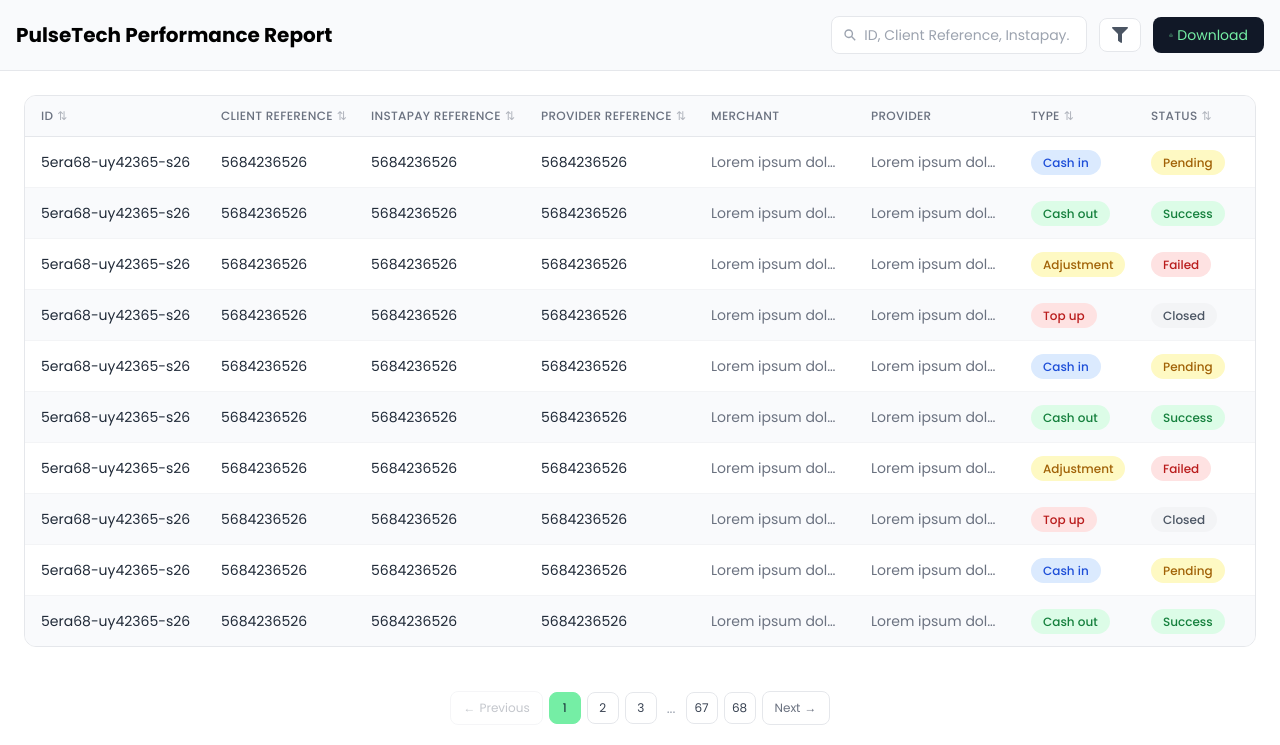
Repository: ShyrineJardin/pulse_admin
Page: /dashboard
An editor plug-in stored every save of this project. The page is shown before and after the next save, followed by the edit.
The browser window is 1280 px wide. The pictures show the whole page.
The project was rebuilt for these pictures with package versions that can differ from the ones it lists, and the page was loaded fresh each time. Also part of the build but not shown: src/components/Login.jsx.

Above is the page before, as saved 2026-03-26 16:02:55.

### src/index.css
@import url('https://fonts.googleapis.com/css2?family=Inter:ital,opsz,wght@0,14..32,100..900;1,14..32,100..900&family=Poppins:ital,wght@0,100;0,200;0,300;0,400;0,500;0,600;0,700;0,800;0,900;1,100;1,200;1,300;1,400;1,500;1,600;1,700;1,800;1,900&display=swap');

@tailwind base;
@tailwind components;
@tailwind utilities;

*{
    margin: 0;
    padding: 0;
    box-sizing: border-box;
}

body {
    font-family: poppins, sans-serif;
}

### src/App.js
import { BrowserRouter, Routes, Route } from "react-router-dom";
import Login from "./components/Login";
import Dashboard from "./components/Dashboard";

function App() {
  return (
    <BrowserRouter>
      <Routes>
        <Route path="/" element={<Login />} />
        <Route path="/dashboard" element={<Dashboard />} />
      </Routes>
    </BrowserRouter>
  );
}

export default App;

### src/components/Dashboard.jsx
import { useState, useMemo, useRef, useEffect } from "react";
import { IoSearchSharp, IoClose } from "react-icons/io5";
import { FiDownload } from "react-icons/fi";
import { FaFilter } from "react-icons/fa";
import { RiSparkling2Fill } from "react-icons/ri";
import { LuCalendar } from "react-icons/lu";
import { TbReload } from "react-icons/tb";
import { BsThreeDotsVertical } from "react-icons/bs";

const TYPES = ["Cash in", "Cash out", "Adjustment", "Top up"];
const STATUSES = ["Pending", "Success", "Failed", "Closed"];

const TYPE_STYLES = {
  "Cash in":    "bg-blue-100 text-blue-700",
  "Cash out":   "bg-green-100 text-green-700",
  "Adjustment": "bg-yellow-100 text-yellow-700",
  "Top up":     "bg-red-100 text-red-700",
};

const STATUS_STYLES = {
  "Pending": "bg-yellow-100 text-yellow-700",
  "Success": "bg-green-100 text-green-700",
  "Failed":  "bg-red-100 text-red-700",
  "Closed":  "bg-gray-100 text-gray-600",
};

const generateData = (count = 680) =>
  Array.from({ length: count }, (_, i) => ({
    id: "5era68-uy42365-s26",
    clientRef: "5684236526",
    instapayRef: "5684236526",
    providerRef: "5684236526",
    merchant: "Lorem ipsum dolor sit amet",
    provider: "Lorem ipsum dolor sit amet",
    type: TYPES[i % TYPES.length],
    status: STATUSES[i % STATUSES.length],
    amount: "₱ 790.00",
    fees: "₱ 10.00",
    error: "N/A",
    paidDate: "01/09/2026",
    createdDate: "01/09/2026",
  }));

const ALL_DATA = generateData();
const PER_PAGE = 10;

// ── Filter Modal ──────────────────────────────────────────────
function FilterModal({ onClose, onApply }) {
  const [startDate, setStartDate] = useState("02/18/2026");
  const [endDate, setEndDate] = useState("");
  const [merchant, setMerchant] = useState("All Merchant");
  const [provider, setProvider] = useState("All Provider");
  const [method, setMethod] = useState("");
  const [type, setType] = useState("");
  const [status, setStatus] = useState("");

  const handleReset = () => {
    setStartDate(""); setEndDate("");
    setMerchant("All Merchant"); setProvider("All Provider");
    setMethod(""); setType(""); setStatus("");
  };

  return (
    <div className="fixed inset-0 z-50 flex items-center justify-center bg-black/60" onClick={onClose}>
      <div className="bg-white rounded-2xl w-full max-w-md mx-4 shadow-2xl" onClick={(e) => e.stopPropagation()}>
        <div className="flex items-center justify-between px-6 py-4 bg-[#F9FAFC] rounded-t-2xl border-b border-gray-200">
          <div className="flex items-center gap-2">
            <RiSparkling2Fill className="text-yellow-400 text-lg" />
            <h2 className="text-lg font-bold text-gray-900">Filters</h2>
          </div>
          <button onClick={onClose} className="text-gray-400 hover:text-gray-700">
            <IoClose className="text-xl" />
          </button>
        </div>

        <div className="px-6 py-5 space-y-5">
          {/* Dates */}
          <div className="grid grid-cols-2 gap-4">
            {[
              { label: "Start Date", value: startDate, setter: setStartDate },
              { label: "End Date",   value: endDate,   setter: setEndDate   },
            ].map(({ label, value, setter }) => (
              <div key={label} className="relative mt-2">
                <label className="absolute -top-2.5 left-3 bg-white px-1 text-xs text-gray-400 z-10">{label}</label>
                <div className="flex items-center border border-gray-300 rounded-xl px-3 py-2.5 gap-2">
                  <input type="text" value={value} onChange={(e) => setter(e.target.value)} placeholder="MM/DD/YYYY"
                    className="text-sm text-gray-700 outline-none w-full bg-transparent placeholder:text-gray-300" />
                  <LuCalendar className="text-gray-500 text-base flex-shrink-0" />
                </div>
              </div>
            ))}
          </div>

          {/* Merchant & Provider */}
          <div className="grid grid-cols-2 gap-4">
            {[
              { label: "Merchant", value: merchant, setter: setMerchant, options: ["All Merchant","Merchant A","Merchant B"] },
              { label: "Provider", value: provider, setter: setProvider, options: ["All Provider","Provider A","Provider B"] },
            ].map(({ label, value, setter, options }) => (
              <div key={label}>
                <label className="block text-sm font-bold text-gray-800 mb-2">{label}</label>
                <div className="relative">
                  <select value={value} onChange={(e) => setter(e.target.value)}
                    className="w-full appearance-none border border-gray-300 rounded-xl px-3 py-2.5 text-sm text-gray-700 outline-none bg-white cursor-pointer pr-8">
                    {options.map((o) => <option key={o}>{o}</option>)}
                  </select>
                  <span className="pointer-events-none absolute right-3 top-1/2 -translate-y-1/2 text-gray-500 text-xs">▼</span>
                </div>
              </div>
            ))}
          </div>

          {/* Method & Type */}
          <div className="grid grid-cols-2 gap-4">
            {[
              { label: "Method", value: method, setter: setMethod, placeholder: "Select Merchant", options: ["Online","Offline"] },
              { label: "Type",   value: type,   setter: setType,   placeholder: "Select Type",     options: TYPES },
            ].map(({ label, value, setter, placeholder, options }) => (
              <div key={label}>
                <label className="block text-sm font-bold text-gray-800 mb-2">{label}</label>
                <div className="relative">
                  <select value={value} onChange={(e) => setter(e.target.value)}
                    className="w-full appearance-none border border-gray-300 rounded-xl px-3 py-2.5 text-sm text-gray-700 outline-none bg-white cursor-pointer pr-8">
                    <option value="">{placeholder}</option>
                    {options.map((o) => <option key={o}>{o}</option>)}
                  </select>
                  <span className="pointer-events-none absolute right-3 top-1/2 -translate-y-1/2 text-gray-500 text-xs">▼</span>
                </div>
              </div>
            ))}
          </div>

          {/* Status */}
          <div>
            <label className="block text-sm font-bold text-gray-800 mb-2">Status</label>
            <div className="relative flex items-center border border-gray-300 rounded-xl px-3 py-2.5 gap-2">
              <TbReload className="text-gray-500 text-base flex-shrink-0" />
              <select value={status} onChange={(e) => setStatus(e.target.value)}
                className="w-full appearance-none text-sm text-gray-700 outline-none bg-transparent cursor-pointer pr-6">
                <option value="">Select Status</option>
                {STATUSES.map((s) => <option key={s}>{s}</option>)}
              </select>
              <span className="pointer-events-none absolute right-3 top-1/2 -translate-y-1/2 text-gray-500 text-xs">▼</span>
            </div>
          </div>
        </div>

        <div className="flex items-center gap-3 px-6 py-4 border-t border-gray-200">
          <button onClick={handleReset}
            className="flex-1 py-3 rounded-xl border border-primary text-primary text-sm font-medium hover:bg-green-50 transition-colors">
            Reset
          </button>
          <button onClick={() => { onApply({}); onClose(); }}
            className="flex-1 py-3 rounded-xl bg-gray-900 text-primary text-sm font-medium hover:bg-gray-800 transition-colors">
            Apply
          </button>
        </div>
      </div>
    </div>
  );
}

// ── Mobile Row Card ───────────────────────────────────────────
function MobileCard({ row, i }) {
  const [expanded, setExpanded] = useState(false);
  const [menuOpen, setMenuOpen] = useState(false);
  const menuRef = useRef(null);

  useEffect(() => {
    const handler = (e) => { if (menuRef.current && !menuRef.current.contains(e.target)) setMenuOpen(false); };
    document.addEventListener("mousedown", handler);
    return () => document.removeEventListener("mousedown", handler);
  }, []);

  const rowBg = i % 2 === 0 ? "bg-white" : "bg-[#F9FAFC]";

  const Field = ({ label, children }) => (
    <div className={`flex items-center justify-between py-3 px-4 border-b border-gray-100 ${rowBg}`}>
      <span className="text-xs font-semibold text-gray-500 tracking-wide uppercase w-36 flex-shrink-0">{label}</span>
      <span className="text-sm text-gray-800 text-right">{children}</span>
    </div>
  );

  return (
    <div className={`rounded-2xl border-2 border border-border overflow-hidden mb-3`}>
      {/* Card Header */}
      <div className={`flex items-center justify-between px-4 py-3 ${rowBg} border-b border-gray-100`}>
        <div className="flex items-center gap-2">
          <span className="text-xs font-semibold text-gray-500 uppercase tracking-wide">ID</span>
          <span className="text-sm font-semibold text-gray-800">{row.id}</span>
        </div>
        <div className="relative" ref={menuRef}>
          <button onClick={() => setMenuOpen((v) => !v)} className="p-1 rounded-md hover:bg-gray-100">
            <BsThreeDotsVertical className="text-gray-500" />
          </button>
          {menuOpen && (
            <div className="absolute right-0 top-8 z-20 bg-white rounded-xl shadow-lg border border-gray-100 overflow-hidden w-44">
              <button className="w-full text-left px-4 py-2.5 text-sm text-gray-700 hover:bg-gray-50">Details</button>
              <button className="w-full text-left px-4 py-2.5 text-sm text-white bg-primary hover:bg-dark-primary">Resend Webhook</button>
            </div>
          )}
        </div>
      </div>

      {/* Always-visible fields */}
      <Field label="Client Reference">{row.clientRef}</Field>
      <Field label="Instapay Reference">{row.instapayRef}</Field>
      <Field label="Provider Reference">{row.providerRef}</Field>
      <Field label="Merchant"><span className="truncate max-w-[160px] block">{row.merchant}</span></Field>
      <Field label="Provider"><span className="truncate max-w-[160px] block">{row.provider}</span></Field>
      <Field label="Type">
        <span className={`px-3 py-1 rounded-full text-xs font-medium ${TYPE_STYLES[row.type]}`}>{row.type}</span>
      </Field>
      <Field label="Status">
        <span className={`px-3 py-1 rounded-full text-xs font-medium ${STATUS_STYLES[row.status]}`}>{row.status}</span>
      </Field>
      <Field label="Amount">{row.amount}</Field>

      {/* Expandable fields */}
      {expanded && (
        <>
          <Field label="Fees">{row.fees}</Field>
          <Field label="Error">{row.error}</Field>
          <Field label="Paid Date">{row.paidDate}</Field>
          <Field label="Created Date">{row.createdDate}</Field>
        </>
      )}

      {/* Show More / Less */}
      <button
        onClick={() => setExpanded((v) => !v)}
        className={`w-full py-3 text-sm font-bold text-gray-800 text-center border-t border-gray-200 ${rowBg} hover:bg-gray-100 transition-colors`}
      >
        {expanded ? "Show Less" : "Show More"}
      </button>
    </div>
  );
}

// ── Main Dashboard ────────────────────────────────────────────
export default function Dashboard() {
  const [search, setSearch] = useState("");
  const [currentPage, setCurrentPage] = useState(1);
  const [sortCol, setSortCol] = useState(null);
  const [sortAsc, setSortAsc] = useState(true);
  const [showFilter, setShowFilter] = useState(false);

  const filtered = useMemo(() => {
    const q = search.toLowerCase();
    return ALL_DATA.filter((r) =>
      r.id.toLowerCase().includes(q) ||
      r.clientRef.includes(q) ||
      r.instapayRef.includes(q) ||
      r.type.toLowerCase().includes(q) ||
      r.status.toLowerCase().includes(q)
    );
  }, [search]);

  const totalPages = Math.ceil(filtered.length / PER_PAGE);

  const pageData = useMemo(() => {
    const start = (currentPage - 1) * PER_PAGE;
    return filtered.slice(start, start + PER_PAGE);
  }, [filtered, currentPage]);

  const handleSearch = (e) => { setSearch(e.target.value); setCurrentPage(1); };
  const handleSort = (col) => {
    if (sortCol === col) setSortAsc((p) => !p);
    else { setSortCol(col); setSortAsc(true); }
  };
  const goPage = (p) => { if (p >= 1 && p <= totalPages) setCurrentPage(p); };

  const getPaginationPages = () => {
    const pages = new Set([1, 2, 3, totalPages - 1, totalPages, currentPage - 1, currentPage, currentPage + 1]);
    return [...pages].filter((p) => p >= 1 && p <= totalPages).sort((a, b) => a - b);
  };

  const SortIcon = ({ col }) => (
    <span className="ml-1 opacity-50 text-xs">{sortCol === col ? (sortAsc ? "▲" : "▼") : "⇅"}</span>
  );

  const columns = [
    { label: "ID",                 col: "id",          className: "w-[180px] min-w-[180px]" },
    { label: "CLIENT REFERENCE",   col: "clientRef",   className: "w-[150px] min-w-[150px]" },
    { label: "INSTAPAY REFERENCE", col: "instapayRef", className: "w-[170px] min-w-[170px]" },
    { label: "PROVIDER REFERENCE", col: "providerRef", className: "w-[170px] min-w-[170px]" },
    { label: "MERCHANT",           col: null,          className: "w-[160px] min-w-[160px]" },
    { label: "PROVIDER",           col: null,          className: "w-[160px] min-w-[160px]" },
    { label: "TYPE",               col: "type",        className: "w-[120px] min-w-[120px]" },
    { label: "STATUS",             col: "status",      className: "w-[110px] min-w-[110px]" },
    { label: "AMOUNT",             col: null,          className: "w-[100px] min-w-[100px]" },
    { label: "FEES",               col: null,          className: "w-[80px]  min-w-[80px]"  },
    { label: "ERROR",              col: null,          className: "w-[80px]  min-w-[80px]"  },
    { label: "PAID DATE",          col: null,          className: "w-[110px] min-w-[110px]" },
    { label: "CREATED DATE",       col: null,          className: "w-[120px] min-w-[120px]" },
    { label: "ACTIONS",            col: null,          className: "w-[220px] min-w-[180px]" },
  ];

  const Pagination = () => (
    <div className="flex items-center justify-center gap-1.5 py-5 flex-wrap">
      <button onClick={() => goPage(currentPage - 1)} disabled={currentPage === 1}
        className="flex items-center gap-1 px-3 py-2 text-xs border border-gray-200 rounded-lg text-gray-500 hover:bg-primary hover:text-btn-text disabled:opacity-40 disabled:cursor-not-allowed">
        ← <span className="hidden sm:inline">Previous</span>
      </button>

      {getPaginationPages().reduce((acc, page, idx, arr) => {
        if (idx > 0 && page - arr[idx - 1] > 1)
          acc.push(<span key={`e-${page}`} className="px-1 text-gray-400 text-sm">...</span>);
        acc.push(
          <button key={page} onClick={() => goPage(page)}
            className={`w-8 h-8 text-xs rounded-lg border ${currentPage === page ? "bg-primary text-btn-text border-primary" : "border-gray-200 text-gray-700 hover:bg-gray-50"}`}>
            {page}
          </button>
        );
        return acc;
      }, [])}

      <button onClick={() => goPage(currentPage + 1)} disabled={currentPage === totalPages}
        className="flex items-center gap-1 px-3 py-2 text-xs border border-gray-200 rounded-lg text-gray-500 hover:bg-primary hover:text-btn-text disabled:opacity-40 disabled:cursor-not-allowed">
        <span className="hidden sm:inline">Next</span> →
      </button>
    </div>
  );

  return (
    <div className="min-h-screen bg-white">
      {showFilter && <FilterModal onClose={() => setShowFilter(false)} onApply={(f) => console.log(f)} />}

        {/* Header */}
      <div className="flex items-start md:items-center flex-col md:flex-row justify-between mb-6 bg-[#F9FAFC] w-full p-4 border-b border-gray-200">
        <h1 className="text-lg lg:text-xl font-bold">PulseTech Performance Report</h1>
        <div className="flex items-center gap-1.5 lg:gap-3">
          <div className="relative">
            <IoSearchSharp className="absolute left-3 top-1/2 -translate-y-1/2 text-gray-400 text-sm" />
            <input
              type="text"
              value={search}
              onChange={handleSearch}
              placeholder="ID, Client Reference, Instapay..."
              className="pl-8 pr-4 py-2 text-sm border border-gray-200 rounded-lg w-64 outline-none focus:border-gray-400"
            />
          </div>
          <button
            onClick={() => setShowFilter(true)}
            className="flex items-center gap-2 px-3 py-2 text-sm bg-white border border-gray-200 rounded-lg text-gray-600 hover:scale-105 transition-transform"
          >
            <FaFilter className="w-4 h-4" />
          </button>
          <button className="flex items-center gap-1 px-4 py-2 text-sm bg-gray-900 text-primary rounded-lg hover:bg-gray-800">
            <FiDownload className="text-primary w-4 h-4 md:w-1 md:h-1" />
            <span className="hidden md:block">Download</span>
          </button>
        </div>
      </div>

      {/* ── Mobile Cards (hidden on md+) ── */}
      <div className="block md:hidden px-4 pt-4">
        {pageData.map((row, i) => <MobileCard key={i} row={row} i={i} />)}
        <Pagination />
      </div>

      {/* ── Desktop Table (hidden on mobile) ── */}
      <div className="hidden md:block">
        <div className="m-6 border border-gray-200 rounded-xl overflow-auto">
          <table className="w-full text-sm table-fixed">
            <thead>
              <tr className="bg-[#F9FAFC] border-b border-gray-200">
                {columns.map(({ label, col, className }) => (
                  <th key={label} onClick={() => col && handleSort(col)}
                    className={`px-4 py-3 text-left text-xs font-medium text-gray-500 tracking-wide whitespace-nowrap ${col ? "cursor-pointer hover:text-gray-800" : ""} ${className}`}>
                    {label}{col && <SortIcon col={col} />}
                  </th>
                ))}
              </tr>
            </thead>
            <tbody>
              {pageData.map((row, i) => (
                <tr key={i} className={`border-b border-gray-100 last:border-none ${i % 2 === 0 ? "bg-white" : "bg-[#F9FAFC]"}`}>
                  <td className="px-4 py-3 text-gray-800 whitespace-nowrap">{row.id}</td>
                  <td className="px-4 py-3 text-gray-800 whitespace-nowrap">{row.clientRef}</td>
                  <td className="px-4 py-3 text-gray-800 whitespace-nowrap">{row.instapayRef}</td>
                  <td className="px-4 py-3 text-gray-800 whitespace-nowrap">{row.providerRef}</td>
                  <td className="px-4 py-3 text-gray-500 truncate">{row.merchant}</td>
                  <td className="px-4 py-3 text-gray-500 truncate">{row.provider}</td>
                  <td className="px-4 py-3 whitespace-nowrap">
                    <span className={`px-3 py-1 rounded-full text-xs font-medium ${TYPE_STYLES[row.type]}`}>{row.type}</span>
                  </td>
                  <td className="px-4 py-3 whitespace-nowrap">
                    <span className={`px-3 py-1 rounded-full text-xs font-medium ${STATUS_STYLES[row.status]}`}>{row.status}</span>
                  </td>
                  <td className="px-4 py-3 text-gray-800 tabular-nums whitespace-nowrap">{row.amount}</td>
                  <td className="px-4 py-3 text-gray-800 tabular-nums whitespace-nowrap">{row.fees}</td>
                  <td className="px-4 py-3 text-gray-800 whitespace-nowrap">{row.error}</td>
                  <td className="px-4 py-3 text-gray-800 whitespace-nowrap">{row.paidDate}</td>
                  <td className="px-4 py-3 text-gray-800 whitespace-nowrap">{row.createdDate}</td>
                  <td className="px-4 py-3 whitespace-nowrap">
                    <div className="flex gap-2">
                      <button className="px-3 py-1 text-xs border border-gray-200 rounded-md hover:bg-gray-100">Details</button>
                      <button className="px-3 py-1 text-xs bg-primary text-btn-text rounded-md hover:bg-dark-primary">Resend Webhook</button>
                    </div>
                  </td>
                </tr>
              ))}
            </tbody>
          </table>
        </div>
        <Pagination />
      </div>
    </div>
  );
}

### tailwind.config.js
/** @type {import('tailwindcss').Config} */
module.exports = {
  content: [
    "./src/**/*.{js,jsx,ts,tsx}",
  ],
  theme: {
    extend: {
        colors: {
          'subtext': '#434245',
          'primary': '#75EEA5',
          'btn-text': '#112432',
          'dark-primary': '#007C5E',
          'border': 'A0A0A0',
        },
    }
  },
  plugins: [],
}

Loaded but not shown: public/index.html (common file); src/index.js (common file); src/reportWebVitals.js (common file)

After the next save:
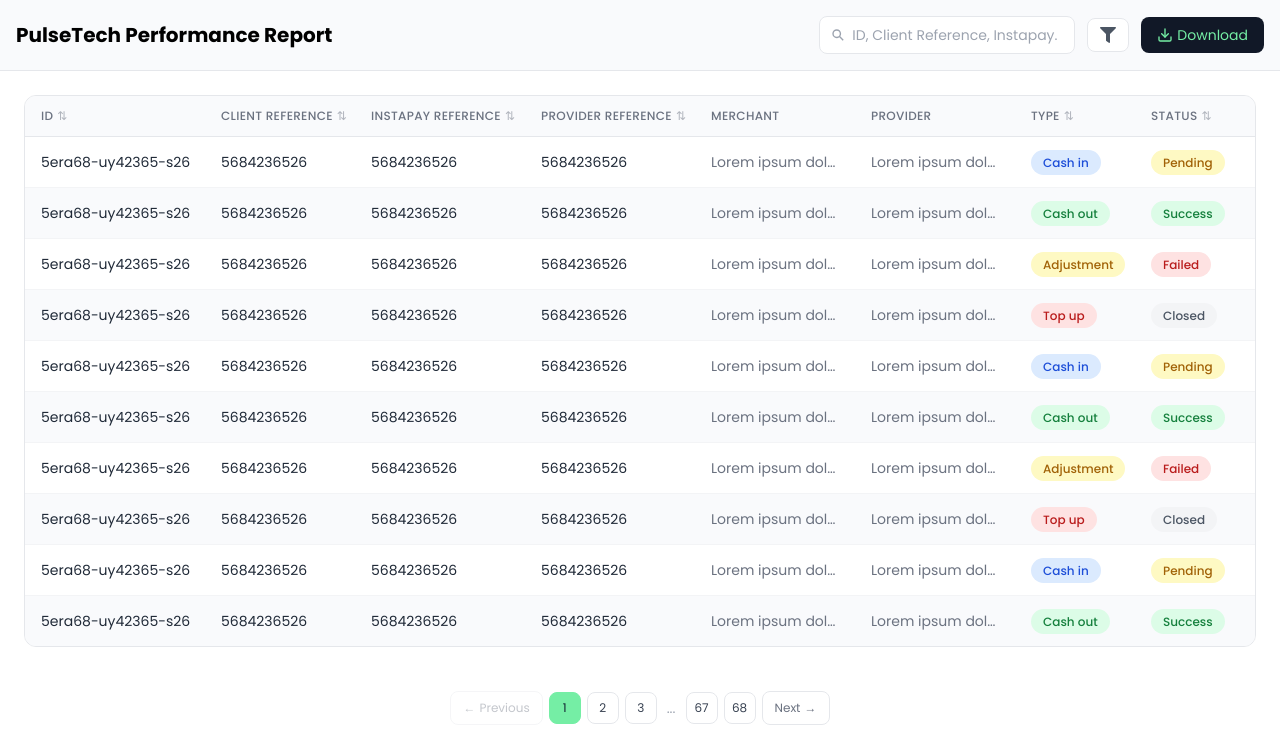
Saved 8 s later.
--- a/src/components/Dashboard.jsx
+++ b/src/components/Dashboard.jsx
@@ -347,7 +347,7 @@
             <FaFilter className="w-4 h-4" />
           </button>
           <button className="flex items-center gap-1 px-4 py-2 text-sm bg-gray-900 text-primary rounded-lg hover:bg-gray-800">
-            <FiDownload className="text-primary w-4 h-4 md:w-1 md:h-1" />
+            <FiDownload className="text-primary w-4 h-4" />
             <span className="hidden md:block">Download</span>
           </button>
         </div>
